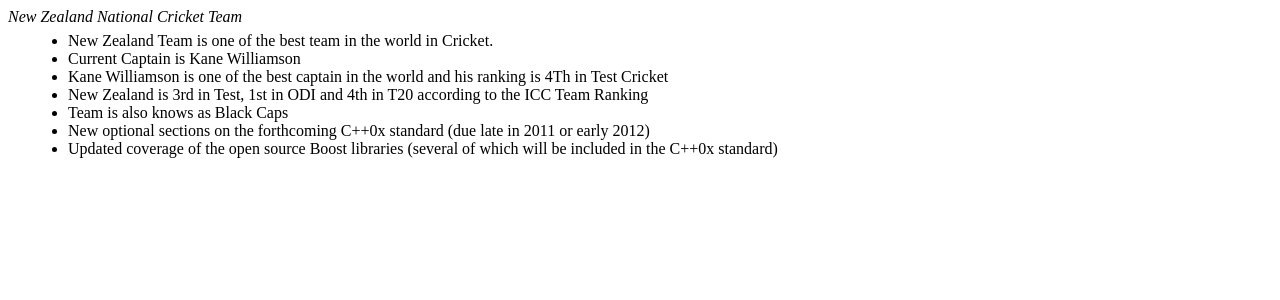
Repository: devanshudave1901/DevanshuDave_Sec002_ICE-05
Page: InfoFiles/newZealandCricket.html
The author's editor kept a copy of each file at every save. The page is drawn from the files as they stood at one save, then again after the next save.
The browser window is 1280 px wide. The pictures show the whole page.

Above is the page before, as saved 2022-03-20 21:05:24.

After the next save:
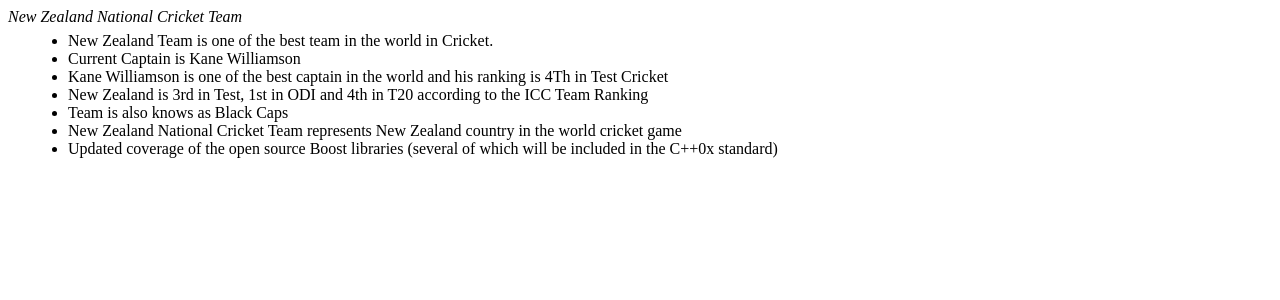
Saved 56 s later.
--- a/InfoFiles/newZealandCricket.html
+++ b/InfoFiles/newZealandCricket.html
@@ -12,7 +12,7 @@
 ><li > Kane Williamson is one of the best captain in the world and his ranking is 4Th in Test Cricket </li>
 <li>New Zealand is 3rd in  Test, 1st in ODI and 4th in T20 according to the ICC Team Ranking</li>
 <li>Team is also knows as Black Caps</li>
-<li >New optional sections on the forthcoming C++0x standard (due late in 2011 or early 2012) </li>
+<li >New Zealand National Cricket Team represents New Zealand country in the world cricket game </li>
 <li>Updated coverage of the <a >open source</a> Boost libraries (several of which will be included in the C++0x standard)</li></ul>
 </div>
 </body>
